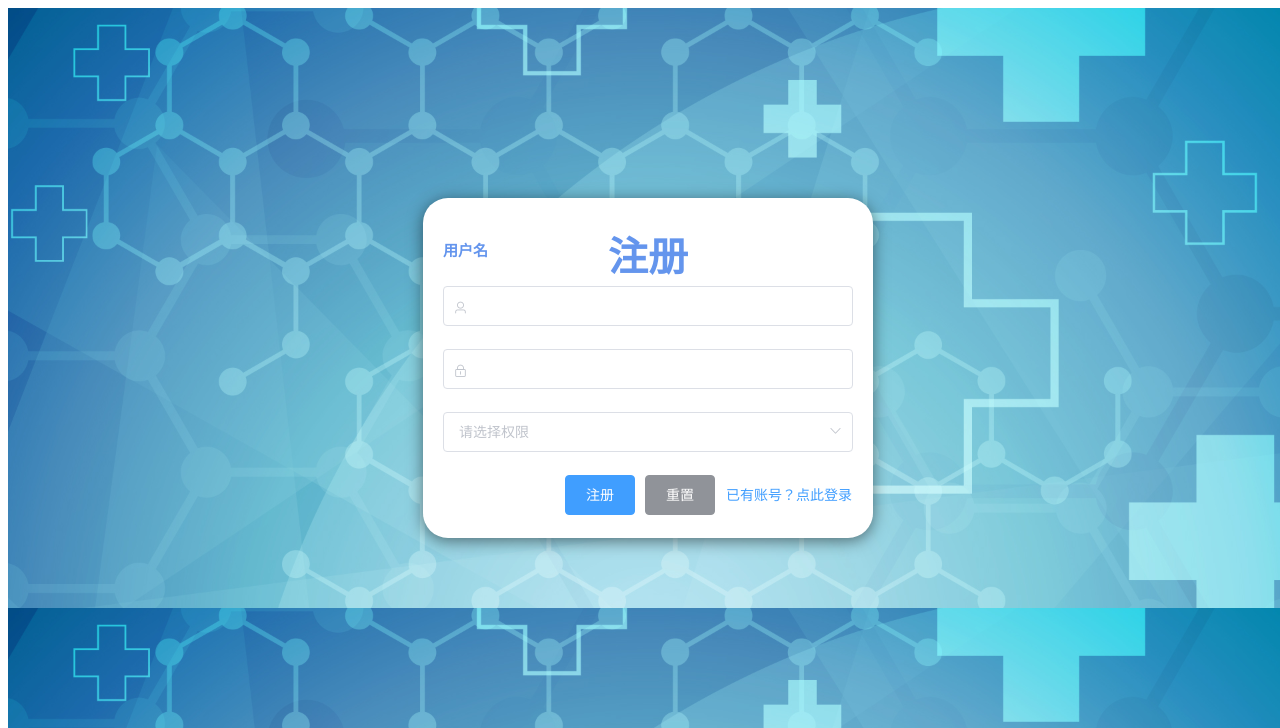
Repository: ShaoCHis/WEB-SOA-frontEnd
Page: /#/register
These files come from the project's save history. The page is drawn as it stood at one moment and after the next save; the edit follows.
The browser window is 1280 px wide. The pictures show the whole page.
The project was rebuilt for these pictures with package versions that can differ from the ones it lists, and the page was loaded fresh each time. Also part of the build but not shown: src/components/Login.vue, src/components/test.vue, src/components/test2.vue, src/components/Admin/ManagePage.vue, src/components/Hospital/HMainPage.vue, src/components/Patient/MainPage.vue.

Above is the page before, as saved 2021-11-16 18:42:19.

### src/main.js
import Vue from 'vue'
import App from './App.vue'
import router from './router'
import axios from 'axios'//axios
import './plugins/element.js'
import './assets/icon/iconfont.css'
Vue.config.productionTip = false
Vue.prototype.$axios = axios//axios

new Vue({
  router,
  render: h => h(App),
  template: '<App/>'
}).$mount('#app')



//import ElementUI from 'element-ui' //element-ui的全部组件
//import 'element-ui/lib/theme-chalk/index.css'//element-ui的css
//Vue.use(ElementUI) //使用elementUI

/* eslint-disable no-new */
// new Vue({
//   el: '#app',
//   router,
//   components: { App },
//   template: '<App/>'
// })

### src/App.vue
<template>
  <div id="app">
      <router-view v-if="isRouterAlive" />
  </div>
</template>

<script>


export default {
  name:"app",
  provide(){
		return{
			reload:this.reload
		}
	},
data(){
		return{
			isRouterAlive:true
		}
	},
	methods: {
		reload() {
			this.isRouterAlive=false
			this.$nextTick(function(){
				this.isRouterAlive=true
			})
		}
  }
};
</script>

<style>
html,body,#app{

 height: 100%;

}
</style>

### src/router/index.js
import Vue from 'vue'
import Router from 'vue-router'
// import Login from '@/components/Login'
// import Result from '@/components/Result'
import Login from '../components/Login.vue'
import test from '../components/test.vue'
import test2 from '../components/test2.vue'
import Register from '../components/Register.vue'
import ManagePage from '../components/Admin/ManagePage.vue'
import HMainPage from '../components/Hospital/HMainPage.vue'
import MainPage from '../components/Patient/MainPage.vue'

Vue.use(Router)

export default new Router({
  routes: [
    { path: '/', component: Login},
    { path: '/login', component: Login},
    { path: '/register', component: Register},
    { path: '/managepage', component: ManagePage},
    { path: '/hmainpage', component: HMainPage},
    { path: '/mainpage', component: MainPage},
    { path: '/test', component: test},
    { path: '/test2', component: test2},
  ]
})

### src/plugins/element.js
import Vue from 'vue'
import 'element-ui/lib/theme-chalk/index.css'
import {
  Avatar,
  Pagination,
  Dialog,
  Autocomplete,
  Dropdown,
  DropdownMenu,
  DropdownItem,
  Menu,
  Submenu,
  MenuItem,
  MenuItemGroup,
  Input,
  InputNumber,
  Radio,
  RadioGroup,
  RadioButton,
  Checkbox,
  CheckboxButton,
  CheckboxGroup,
  Switch,
  Select,
  Option,
  OptionGroup,
  Button,
  ButtonGroup,
  Table,
  Divider,
  TableColumn,
  DatePicker,
  TimeSelect,
  TimePicker,
  Popover,
  Tooltip,
  Breadcrumb,
  BreadcrumbItem,
  Form,
  FormItem,
  Tabs,
  TabPane,
  Tag,
  Tree,
  Alert,
  Slider,
  Icon,
  Row,
  Col,
  Upload,
  Progress,
  Spinner,
  Badge,
  Card,
  Rate,
  Steps,
  Step,
  Carousel,
  CarouselItem,
  Collapse,
  CollapseItem,
  Cascader,
  ColorPicker,
  Transfer,
  Container,
  Header,
  Aside,
  Main,
  Footer,
  Timeline,
  TimelineItem,
  Link,
  Image,
  Calendar,
  Backtop,
  PageHeader,
  CascaderPanel,
  Loading,
  MessageBox,
  Message,
  Notification,
  Popconfirm
} from 'element-ui';
Vue.use(Avatar);
Vue.use(Pagination);
Vue.use(Dialog);
Vue.use(Autocomplete);
Vue.use(Dropdown);
Vue.use(DropdownMenu);
Vue.use(DropdownItem);
Vue.use(Menu);
Vue.use(Submenu);
Vue.use(MenuItem);
Vue.use(MenuItemGroup);
Vue.use(Input);
Vue.use(InputNumber);
Vue.use(Radio);
Vue.use(RadioGroup);
Vue.use(RadioButton);
Vue.use(Checkbox);
Vue.use(CheckboxButton);
Vue.use(CheckboxGroup);
Vue.use(Switch);
Vue.use(Select);
Vue.use(Option);
Vue.use(OptionGroup);
Vue.use(Button);
Vue.use(ButtonGroup);
Vue.use(Table);
Vue.use(Divider);
Vue.use(TableColumn);
Vue.use(DatePicker);
Vue.use(TimeSelect);
Vue.use(TimePicker);
Vue.use(Popover);
Vue.use(Popconfirm);
Vue.use(Tooltip);
Vue.use(Breadcrumb);
Vue.use(BreadcrumbItem);
Vue.use(Form);
Vue.use(FormItem);
Vue.use(Tabs);
Vue.use(TabPane);
Vue.use(Tag);
Vue.use(Tree);
Vue.use(Alert);
Vue.use(Slider);
Vue.use(Icon);
Vue.use(Row);
Vue.use(Col);
Vue.use(Upload);
Vue.use(Progress);
Vue.use(Spinner);
Vue.use(Badge);
Vue.use(Card);
Vue.use(Rate);
Vue.use(Steps);
Vue.use(Step);
Vue.use(Carousel);
Vue.use(CarouselItem);
Vue.use(Collapse);
Vue.use(CollapseItem);
Vue.use(Cascader);
Vue.use(ColorPicker);
Vue.use(Transfer);
Vue.use(Container);
Vue.use(Header);
Vue.use(Aside);
Vue.use(Main);
Vue.use(Footer);
Vue.use(Timeline);
Vue.use(TimelineItem);
Vue.use(Link);
Vue.use(Divider);
Vue.use(Image);
Vue.use(Calendar);
Vue.use(Backtop);
Vue.use(PageHeader);
Vue.use(CascaderPanel);

Vue.use(Loading.directive);

Vue.prototype.$loading = Loading.service;
Vue.prototype.$msgbox = MessageBox;
Vue.prototype.$alert = MessageBox.alert;
Vue.prototype.$confirm = MessageBox.confirm;
Vue.prototype.$prompt = MessageBox.prompt;
Vue.prototype.$notify = Notification;
Vue.prototype.$message = Message;

### src/assets/icon/iconfont.css
@font-face {
  font-family: "iconfont"; /* Project id 2933034 */
  src: url('iconfont.woff2?t=1636685974259') format('woff2'),
       url('iconfont.woff?t=1636685974259') format('woff'),
       url('iconfont.ttf?t=1636685974259') format('truetype');
}

.iconfont {
  font-family: "iconfont" !important;
  font-size: 16px;
  font-style: normal;
  -webkit-font-smoothing: antialiased;
  -moz-osx-font-smoothing: grayscale;
}

.icon-xiaozu:before {
  content: "\e69a";
  font-size: 18px;
  margin-right: 3px;
  margin-top:2px;
}

### src/components/Register.vue
<template>
<div>
    <div class="register_container" >
        <div class="register_box">
            <div class="tip">
             <h1>注册</h1>
            </div>
            <!-- 头像区域 -->
            <!-- <div class="avatar_box">
               <img src="../assets/back.jpg" alt="">
            </div> -->
            <!-- 登录表单 -->
            <el-form ref="registerFormRef" :model="registerForm" :rules="registerFormRules" label-width="0px" class="register_form">
                <!-- 用户名 -->
                <el-form-item prop="userid">
                    <div class="item-name">
                        <p>用户名</p>
                    </div>
                     <el-input v-model="registerForm.userid" prefix-icon="el-icon-user"></el-input>
                </el-form-item>
                <!-- 密码 -->
                <el-form-item prop="password">
                     <el-input v-model="registerForm.password" prefix-icon="el-icon-lock"
                     type="password"></el-input>
                </el-form-item>
                <!-- 身份 -->
                <el-form-item prop="role"  >
                   <el-select v-model="registerForm.role" @change="searchSelect(registerForm.role)" placeholder="请选择权限"  style="width:100%" prefix>
                      <el-option v-for="item in options"
                       :key="item.role"
                       :label="item.label"
                       :value="item.role">
                       </el-option>
                  </el-select>
                </el-form-item>

                <!-- 按钮区域 -->
                <el-form-item class="btns">
                     <el-button type="primary" @click="register">注册</el-button>
                     <el-button type="info" @click="resetregisterForm">重置</el-button>
                     <el-button type="text" @click="login">已有账号？点此登录</el-button>
                </el-form-item>
            </el-form>

        </div>
    </div>
</div>
</template>

<script>
export default {

    data(){
        return{

           registerForm:{
                userid:'',
                password:'',
                role:'',
            },
            options: [
                {label:"学生",role:'Student'},
                     { label:"教师" ,role:"Teacher"},
                     {label:"管理员", role:"Admin"}],


            registerFormRules:{
                userid:[{required: true, message: '请输入登录账号', trigger: "blur" },
                { min: 4, max: 10, message: '长度在 5 到 10 个字符', trigger: "blur"}
                ],
                password:[{required: true, message: '请输入登录密码', trigger: "blur" },
                { min: 3, max: 15, message: '长度在 5 到 15 个字符', trigger: "blur"}]
            },
            searchSelect(val){
                console.log(val)
                this.value = val
                console.log(this.registerForm)
            },

        };

  },
  methods:{
      //重置按钮
      resetRegisterForm(){
         // console.log(this)
          this.$refs.registerFormRef.resetFields();
      },
      register(){
        //  if(this.value=="Student") this.$router.push('/mainpage');
        //  if(this.value=="Teacher") this.$router.push('/tmainpage');
        //  if(this.value=="Admin") this.$router.push('/managepage');
      },
      login(){
          this.$router.push('/login');
      },
  }

};

</script>

<style lang="less" scoped>
.tip{
          color: cornflowerblue;
          font-size: 20px;
          font-weight: bold;
          text-align: center;
          margin-bottom: 30px;
}

.register_container{
    background-color: #5c2c948c;
    background-image:url('../assets/back.jpeg');
    background-size: 100%,100%;
    height: 100%;
    width: 100%;
    position: fixed;
}

.register_box{
    width:450px;
    height:340px;
    background-color: #fff;
    border-radius: 25px;
    position:absolute;
    left:50%;
    top:50%;
    transform: translate(-50%,-50%);
    box-shadow: 0 3px 16px rgba(0, 0, 0, 0.5);
    .avatar_box{
        height:110px;
        width:110px;
        border:1px solid #eee;
        border-radius:50%;
        padding:5px;
        box-shadow:0 0 2px #ddd;
        position: absolute;
        left: 50%;
        transform: translate(-50%,-50%);
        background-color: #fff;
        img{
            width:100%;
            height:100%;
            border-radius: 50%;
            background-color: #eee;
        }
    }
}
.register_form{
    position:absolute;
    bottom:0;
    width: 100%;
    padding:0 20px;
    box-sizing: border-box;

}

.item-name{
    color: cornflowerblue;
    font-size: 15px;
    font-weight: bold;
    //text-align: center;
    margin-top: 50px;
    //margin-bottom: 30px;
}

.btns{
   display:flex;
   justify-content: flex-end;
}


</style>

Loaded but not shown: public/index.html (common file)

After the next save:
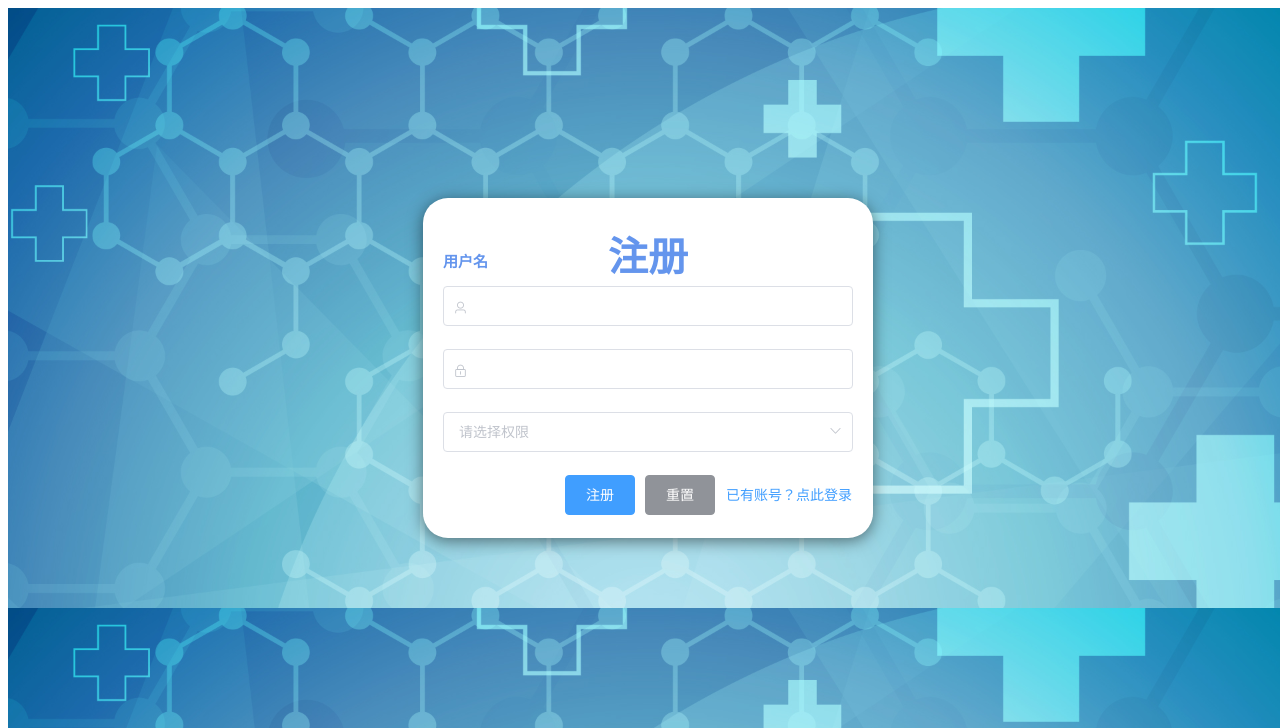
Saved 40 s later.
--- a/src/components/Register.vue
+++ b/src/components/Register.vue
@@ -12,10 +12,10 @@
             <!-- 登录表单 -->
             <el-form ref="registerFormRef" :model="registerForm" :rules="registerFormRules" label-width="0px" class="register_form">
                 <!-- 用户名 -->
-                <el-form-item prop="userid">
-                    <div class="item-name">
+                <div class="item-name">
                         <p>用户名</p>
                     </div>
+                <el-form-item prop="userid">
                      <el-input v-model="registerForm.userid" prefix-icon="el-icon-user"></el-input>
                 </el-form-item>
                 <!-- 密码 -->
